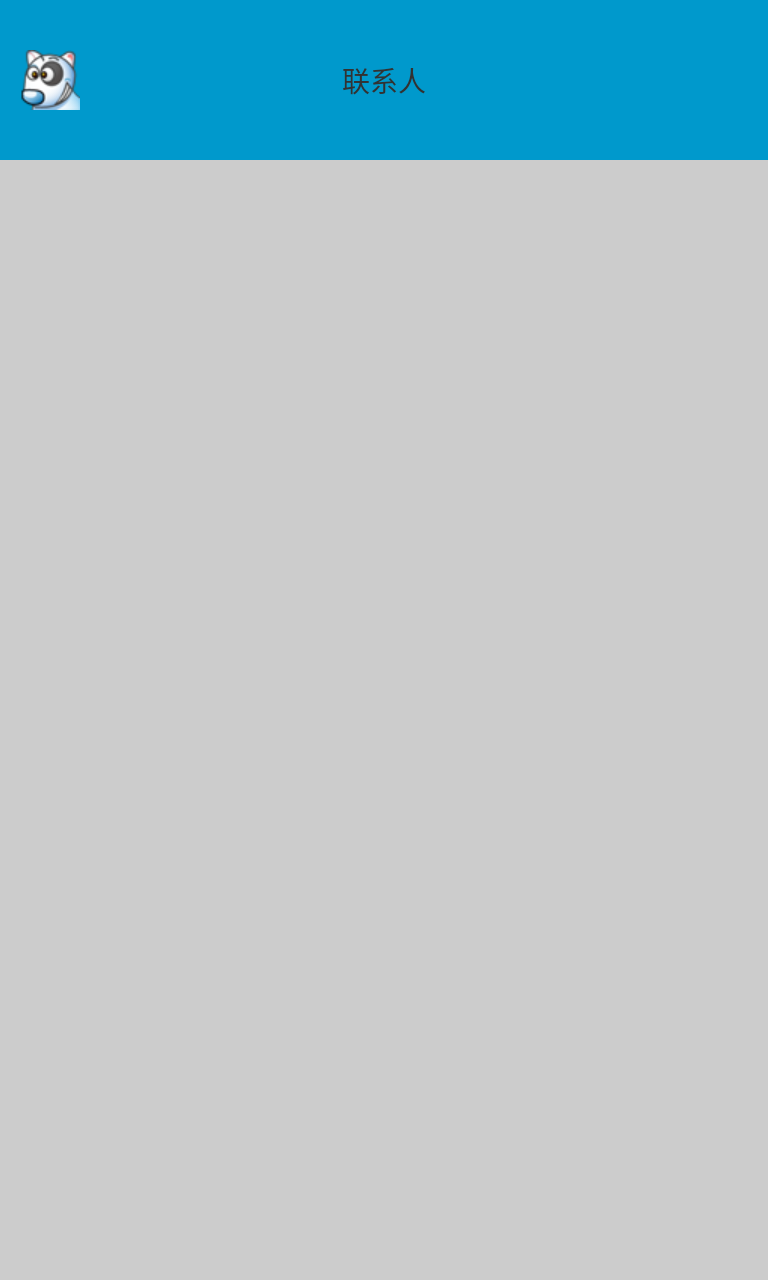
Repository: fanloveoupao/WecharTest
Layout: TestWechar/res/layout/home.xml
These files come from the project's save history. The layout is drawn as it stood at one moment and after the next save; the edit follows.
It is drawn on a 768 x 1280 px phone screen (xhdpi) without system bars, with theme AppTheme; the app's code is not run. Lists and similar views that code fills are empty.

Above is the layout before, as saved 2015-10-06 14:07:50.

After the next save:
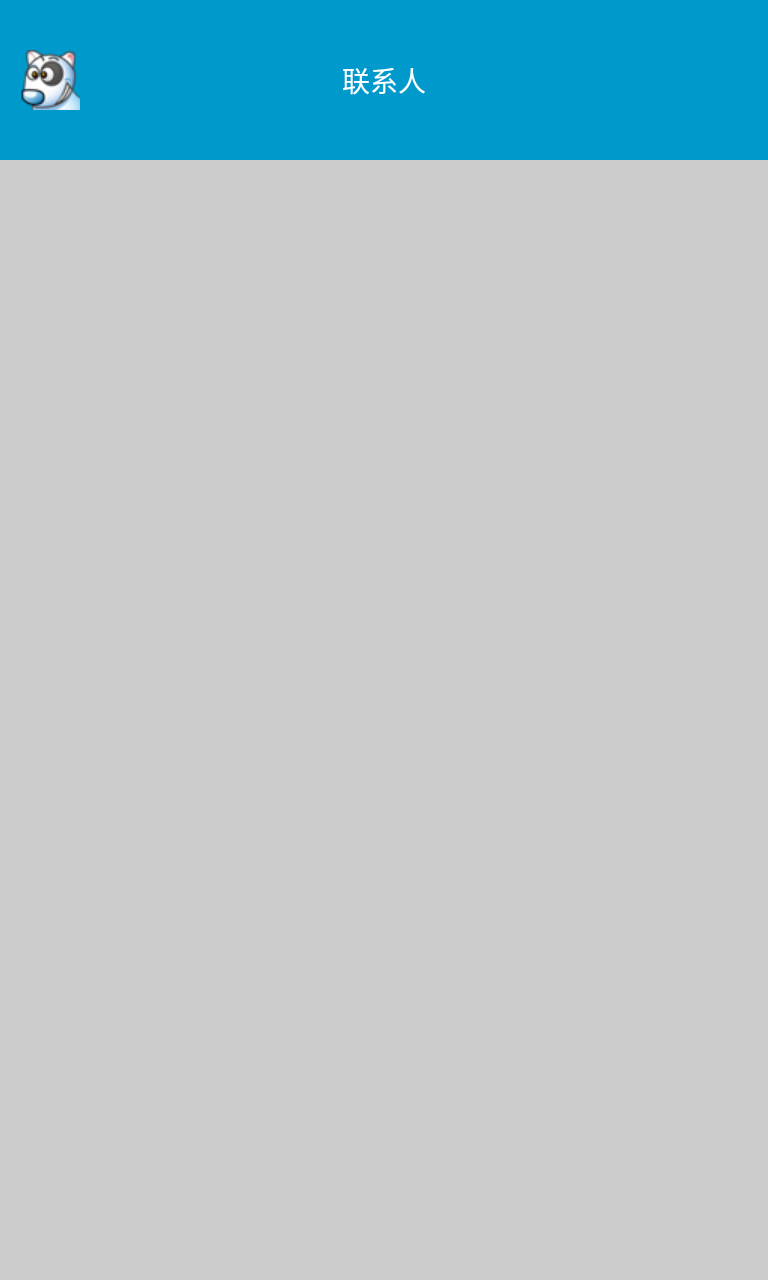
Saved 31 s later.
--- a/TestWechar/res/layout/home.xml
+++ b/TestWechar/res/layout/home.xml
@@ -25,7 +25,8 @@
             android:layout_height="wrap_content"
             android:layout_centerHorizontal="true"
             android:layout_centerVertical="true"
-            android:text="联系人" />
+            android:text="联系人"
+            android:textColor="#FFFFFF" />
     </RelativeLayout>
 
     <ExpandableListView
